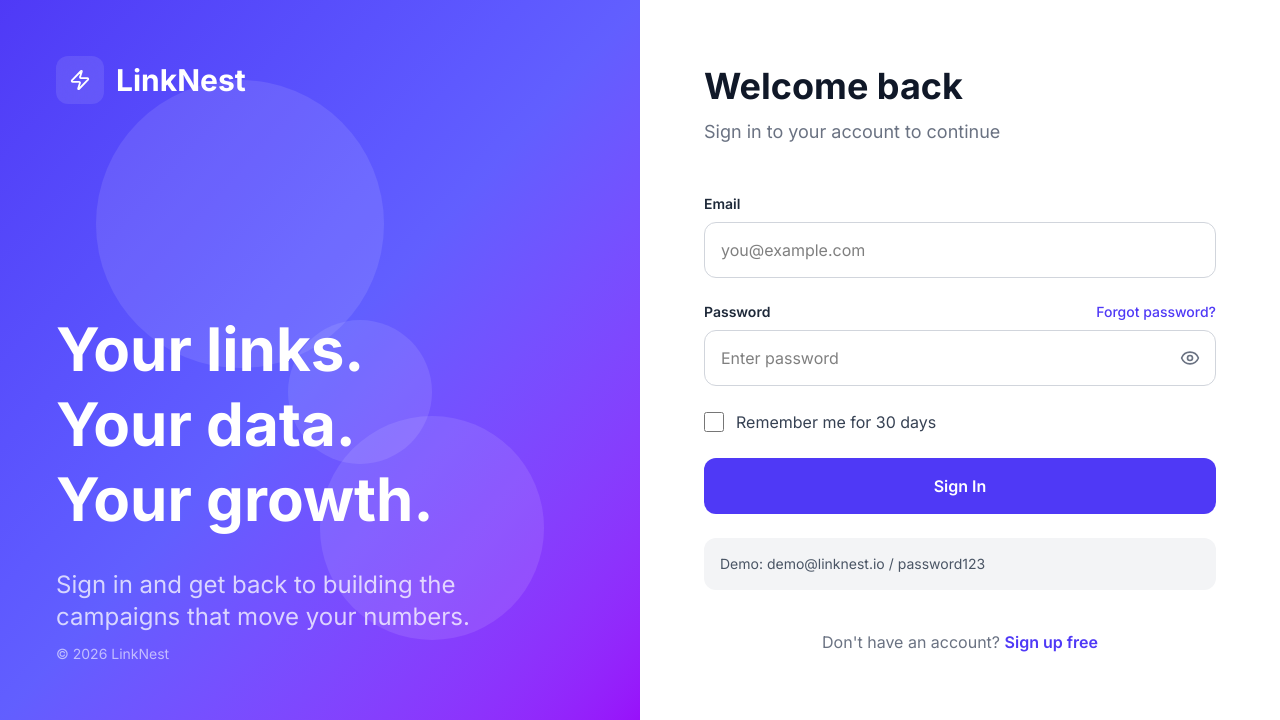
Repository: kiran2k5-ai/Url-Short
Page: /login (app in url-shortener-frontend/)
An editor plug-in stored every save of this project. The page is shown before and after the next save, followed by the edit.
The browser window is 1280 px wide. The pictures show the whole page.
The project was rebuilt for these pictures with package versions that can differ from the ones it lists, and the page was loaded fresh each time. Also part of the build but not shown: url-shortener-frontend/vite.config.js, url-shortener-frontend/src/pages/Signup.jsx, url-shortener-frontend/src/components/Sidebar.jsx, url-shortener-frontend/src/components/Topbar.jsx, url-shortener-frontend/src/layouts/DashboardLayout.jsx, url-shortener-frontend/src/components/StatCard.jsx, url-shortener-frontend/src/components/AnalyticsChart.jsx, url-shortener-frontend/src/components/RecentLinks.jsx and 12 more.

Above is the page before, as saved 2026-06-03 17:27:33.

### url-shortener-frontend/index.html
<!doctype html>
<html lang="en">
  <head>
    <meta charset="UTF-8" />
    <link rel="icon" type="image/svg+xml" href="/favicon.svg" />
    <meta name="viewport" content="width=device-width, initial-scale=1.0" />
    <title>url-shortener-frontend</title>
  </head>
  <body>
    <div id="root"></div>
    <script type="module" src="/src/main.jsx"></script>
  </body>
</html>

### url-shortener-frontend/src/main.jsx
import React from "react";
import ReactDOM from "react-dom/client";
import { BrowserRouter } from "react-router-dom";
import { Toaster } from "react-hot-toast";

import App from "./App";
import "./index.css";

import { AuthProvider } from "./context/AuthContext";

ReactDOM.createRoot(document.getElementById("root")).render(
    <React.StrictMode>

        <BrowserRouter>

            <AuthProvider>

                <App />

                <Toaster position="top-right" />

            </AuthProvider>

        </BrowserRouter>

    </React.StrictMode>
);

### url-shortener-frontend/src/App.jsx
import Login from "./pages/Login";
import Signup from "./pages/Signup";
import Dashboard from "./pages/Dashboard";
import Landing from "./pages/Landing";

import ProtectedRoute
from "./components/ProtectedRoute";

import {
    Routes,
    Route
} from "react-router-dom";

function App() {

    return (
        <Routes>

            <Route
                path="/login"
                element={<Login />}
            />
            <Route path="/" element={<Landing />} />
            <Route
                path="/signup"
                element={<Signup />}
            />

            <Route
                path="/dashboard"
                element={
                    <ProtectedRoute>
                        <Dashboard />
                    </ProtectedRoute>
                }
            />

        </Routes>
    );
}

export default App;

### url-shortener-frontend/src/index.css
@import url('https://fonts.googleapis.com/css2?family=Inter:wght@300;400;500;600;700;800&display=swap');

@import "tailwindcss";

body {
    font-family: 'Inter', sans-serif;
    -webkit-font-smoothing: antialiased;
    -moz-osx-font-smoothing: grayscale;
	background: #f8fafc;
}

### url-shortener-frontend/src/context/AuthContext.jsx
import {
    createContext,
    useContext,
    useState,
    useEffect
} from "react";

const AuthContext = createContext();

export function AuthProvider({ children }) {

    const [user, setUser] = useState(null);

    const [token, setToken] = useState(
        localStorage.getItem("token")
    );

    useEffect(() => {

        const storedToken =
            localStorage.getItem("token");

        if (storedToken) {
            setToken(storedToken);
        }

    }, []);

    const login = (tokenData, userData = null) => {

        localStorage.setItem(
            "token",
            tokenData
        );

        setToken(tokenData);

        setUser(userData);
    };

    const logout = () => {

        localStorage.removeItem("token");

        setToken(null);

        setUser(null);
    };

    return (

        <AuthContext.Provider
            value={{
                token,
                user,
                login,
                logout,
                isAuthenticated: !!token
            }}
        >
            {children}
        </AuthContext.Provider>

    );
}

export const useAuth = () =>
    useContext(AuthContext);

### url-shortener-frontend/src/pages/Login.jsx
import { useState } from "react";
import { Link, useNavigate } from "react-router-dom";
import {
    Zap,
    Eye,
    EyeOff
} from "lucide-react";
import api from "../services/api";
import { loginUser }
from "../services/authService";

function Login() {

    const navigate = useNavigate();

    const [showPassword, setShowPassword] =
        useState(false);

    const [loading, setLoading] =
        useState(false);

    const [formData, setFormData] =
        useState({
            email: "",
            password: ""
        });

    const handleChange = (e) => {
        setFormData({
            ...formData,
            [e.target.name]:
                e.target.value
        });
    };

    const handleSubmit = async (e) => {

        e.preventDefault();

        try {

            setLoading(true);

            const data =
                await loginUser(formData);

            localStorage.setItem(
                "token",
                data.token
            );

            navigate("/dashboard");

        } catch (error) {

            alert(
                error.response?.data?.message
                || "Login Failed"
            );

        } finally {

            setLoading(false);

        }
    };
    return (
        <div className="min-h-screen flex bg-white">

            {/* LEFT SIDE */}

            <div className="hidden lg:flex lg:w-1/2 relative overflow-hidden bg-gradient-to-br from-indigo-600 via-indigo-500 to-purple-600 text-white">

                <div className="absolute top-20 left-24 w-72 h-72 rounded-full bg-white/10"></div>

                <div className="absolute bottom-20 right-24 w-56 h-56 rounded-full bg-white/10"></div>

                <div className="absolute bottom-64 left-72 w-36 h-36 rounded-full bg-white/10"></div>

                <div className="relative z-10 flex flex-col justify-between p-14 w-full">

                    <div>

                        <div className="flex items-center gap-3">

                            <div className="w-12 h-12 rounded-xl bg-white/10 backdrop-blur-md flex items-center justify-center">
                                <Zap size={22} />
                            </div>

                            <h1 className="text-3xl font-bold">
                                LinkNest
                            </h1>

                        </div>

                        <div className="mt-52">

                            <h2 className="text-6xl font-bold leading-tight">
                                Your links.
                                <br />
                                Your data.
                                <br />
                                Your growth.
                            </h2>

                            <p className="mt-8 text-2xl text-white/75 max-w-xl">
                                Sign in and get back
                                to building the
                                campaigns that move
                                your numbers.
                            </p>

                        </div>

                    </div>

                    <p className="text-white/60 text-sm">
                        © 2026 LinkNest
                    </p>

                </div>

            </div>

            {/* RIGHT SIDE */}

            <div className="w-full lg:w-1/2 flex items-center justify-center px-8">

                <div className="w-full max-w-lg">

                    <h1 className="text-4xl font-bold text-gray-900">
                        Welcome back
                    </h1>

                    <p className="mt-3 text-lg text-gray-500">
                        Sign in to your account
                        to continue
                    </p>

                    <form
                        onSubmit={handleSubmit}
                        className="mt-12 space-y-6"
                    >

                        <div>

                            <label className="block mb-2 text-sm font-semibold text-gray-800">
                                Email
                            </label>

                            <input
                                type="email"
                                name="email"
                                placeholder="you@example.com"
                                value={formData.email}
                                onChange={
                                    handleChange
                                }
                                required
                                className="w-full h-14 px-4 border border-gray-300 rounded-xl focus:outline-none focus:ring-2 focus:ring-indigo-500"
                            />

                        </div>

                        <div>

                            <div className="flex justify-between mb-2">

                                <label className="text-sm font-semibold text-gray-800">
                                    Password
                                </label>

                                <button
                                    type="button"
                                    className="text-indigo-600 text-sm font-medium"
                                >
                                    Forgot password?
                                </button>

                            </div>

                            <div className="relative">

                                <input
                                    type={
                                        showPassword
                                            ? "text"
                                            : "password"
                                    }
                                    name="password"
                                    placeholder="Enter password"
                                    value={
                                        formData.password
                                    }
                                    onChange={
                                        handleChange
                                    }
                                    required
                                    className="w-full h-14 px-4 pr-12 border border-gray-300 rounded-xl focus:outline-none focus:ring-2 focus:ring-indigo-500"
                                />

                                <button
                                    type="button"
                                    onClick={() =>
                                        setShowPassword(
                                            !showPassword
                                        )
                                    }
                                    className="absolute right-4 top-1/2 -translate-y-1/2 text-gray-500"
                                >
                                    {
                                        showPassword
                                            ? <EyeOff size={20} />
                                            : <Eye size={20} />
                                    }
                                </button>

                            </div>

                        </div>

                        <div className="flex items-center gap-3">

                            <input
                                type="checkbox"
                                id="remember"
                                className="w-5 h-5 accent-indigo-600"
                            />

                            <label
                                htmlFor="remember"
                                className="text-gray-700"
                            >
                                Remember me for
                                30 days
                            </label>

                        </div>

                        <button
                            type="submit"
                            disabled={loading}
                            className="w-full h-14 rounded-xl bg-indigo-600 hover:bg-indigo-700 text-white font-semibold transition"
                        >
                            {
                                loading
                                    ? "Signing In..."
                                    : "Sign In"
                            }
                        </button>

                        <div className="bg-gray-100 rounded-xl p-4 text-gray-600 text-sm">
                            Demo:
                            demo@linknest.io /
                            password123
                        </div>

                    </form>

                    <p className="mt-10 text-center text-gray-500">

                        Don't have an account?{" "}

                        <Link
                            to="/signup"
                            className="text-indigo-600 font-semibold"
                        >
                            Sign up free
                        </Link>

                    </p>

                </div>

            </div>

        </div>
    );
}

export default Login;

### url-shortener-frontend/src/services/api.js
import axios from "axios";

const api = axios.create({
    baseURL: "https://url-short-caxa.onrender.com/api",
    timeout: 15000
});

api.interceptors.request.use(
    (config) => {

        const token = localStorage.getItem("token");

        if (token) {
            config.headers.Authorization = `Bearer ${token}`;
        }

        return config;
    },
    (error) => Promise.reject(error)
);

api.interceptors.response.use(
    (response) => response,
    (error) => {

        if (error.response?.status === 401) {

            localStorage.removeItem("token");

            window.location.href = "/login";
        }

        return Promise.reject(error);
    }
);

export default api;

### url-shortener-frontend/src/services/authService.js
import api from "./api";

export const signupUser = async (data) => {

    const response =
        await api.post(
            "/auth/signup",
            data
        );

    return response.data;
};

export const loginUser = async (data) => {

    const response =
        await api.post(
            "/auth/login",
            data
        );

    return response.data;
};

After the next save:
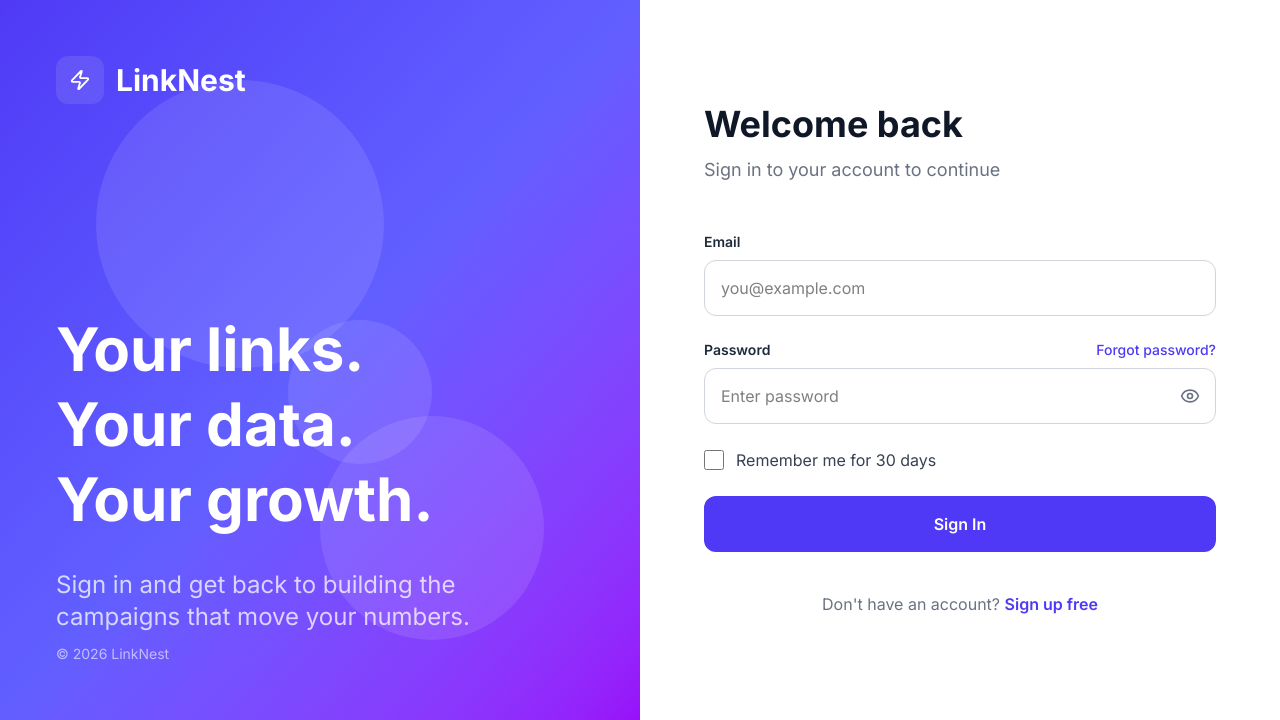
Saved 17 min 0 s later.
--- a/url-shortener-frontend/src/pages/Login.jsx
+++ b/url-shortener-frontend/src/pages/Login.jsx
@@ -1,17 +1,13 @@
 import { useState } from "react";
 import { Link, useNavigate } from "react-router-dom";
-import {
-    Zap,
-    Eye,
-    EyeOff
-} from "lucide-react";
-import api from "../services/api";
-import { loginUser }
-from "../services/authService";
+import { Zap, Eye, EyeOff } from "lucide-react";
+import { loginUser } from "../services/authService";
+import { useAuth } from "../context/AuthContext";
 
 function Login() {
 
     const navigate = useNavigate();
+    const { login } = useAuth();
 
     const [showPassword, setShowPassword] =
         useState(false);
@@ -26,11 +22,12 @@ function Login() {
         });
 
     const handleChange = (e) => {
+
         setFormData({
             ...formData,
-            [e.target.name]:
-                e.target.value
+            [e.target.name]: e.target.value
         });
+
     };
 
     const handleSubmit = async (e) => {
@@ -44,30 +41,29 @@ function Login() {
             const data =
                 await loginUser(formData);
 
-            localStorage.setItem(
-                "token",
-                data.token
+            login(data.token);
+
+            navigate("/dashboard");
+
+        } catch (error) {
+
+            alert(
+                error.response?.data?.message ||
+                "Login Failed"
             );
 
-            navigate("/dashboard");
-
-        } catch (error) {
-
-            alert(
-                error.response?.data?.message
-                || "Login Failed"
-            );
-
         } finally {
 
             setLoading(false);
 
         }
+
     };
+
     return (
         <div className="min-h-screen flex bg-white">
 
-            {/* LEFT SIDE */}
+            {/* LEFT PANEL */}
 
             <div className="hidden lg:flex lg:w-1/2 relative overflow-hidden bg-gradient-to-br from-indigo-600 via-indigo-500 to-purple-600 text-white">
 
@@ -104,10 +100,8 @@ function Login() {
                             </h2>
 
                             <p className="mt-8 text-2xl text-white/75 max-w-xl">
-                                Sign in and get back
-                                to building the
-                                campaigns that move
-                                your numbers.
+                                Sign in and get back to building
+                                the campaigns that move your numbers.
                             </p>
 
                         </div>
@@ -122,7 +116,7 @@ function Login() {
 
             </div>
 
-            {/* RIGHT SIDE */}
+            {/* RIGHT PANEL */}
 
             <div className="w-full lg:w-1/2 flex items-center justify-center px-8">
 
@@ -133,8 +127,7 @@ function Login() {
                     </h1>
 
                     <p className="mt-3 text-lg text-gray-500">
-                        Sign in to your account
-                        to continue
+                        Sign in to your account to continue
                     </p>
 
                     <form
@@ -153,9 +146,7 @@ function Login() {
                                 name="email"
                                 placeholder="you@example.com"
                                 value={formData.email}
-                                onChange={
-                                    handleChange
-                                }
+                                onChange={handleChange}
                                 required
                                 className="w-full h-14 px-4 border border-gray-300 rounded-xl focus:outline-none focus:ring-2 focus:ring-indigo-500"
                             />
@@ -189,12 +180,8 @@ function Login() {
                                     }
                                     name="password"
                                     placeholder="Enter password"
-                                    value={
-                                        formData.password
-                                    }
-                                    onChange={
-                                        handleChange
-                                    }
+                                    value={formData.password}
+                                    onChange={handleChange}
                                     required
                                     className="w-full h-14 px-4 pr-12 border border-gray-300 rounded-xl focus:outline-none focus:ring-2 focus:ring-indigo-500"
                                 />
@@ -202,17 +189,15 @@ function Login() {
                                 <button
                                     type="button"
                                     onClick={() =>
-                                        setShowPassword(
-                                            !showPassword
-                                        )
+                                        setShowPassword(!showPassword)
                                     }
                                     className="absolute right-4 top-1/2 -translate-y-1/2 text-gray-500"
                                 >
-                                    {
-                                        showPassword
-                                            ? <EyeOff size={20} />
-                                            : <Eye size={20} />
-                                    }
+                                    {showPassword ? (
+                                        <EyeOff size={20} />
+                                    ) : (
+                                        <Eye size={20} />
+                                    )}
                                 </button>
 
                             </div>
@@ -231,8 +216,7 @@ function Login() {
                                 htmlFor="remember"
                                 className="text-gray-700"
                             >
-                                Remember me for
-                                30 days
+                                Remember me for 30 days
                             </label>
 
                         </div>
@@ -240,20 +224,12 @@ function Login() {
                         <button
                             type="submit"
                             disabled={loading}
-                            className="w-full h-14 rounded-xl bg-indigo-600 hover:bg-indigo-700 text-white font-semibold transition"
+                            className="w-full h-14 rounded-xl bg-indigo-600 hover:bg-indigo-700 text-white font-semibold transition disabled:opacity-60"
                         >
-                            {
-                                loading
-                                    ? "Signing In..."
-                                    : "Sign In"
-                            }
+                            {loading
+                                ? "Signing In..."
+                                : "Sign In"}
                         </button>
-
-                        <div className="bg-gray-100 rounded-xl p-4 text-gray-600 text-sm">
-                            Demo:
-                            demo@linknest.io /
-                            password123
-                        </div>
 
                     </form>
 
